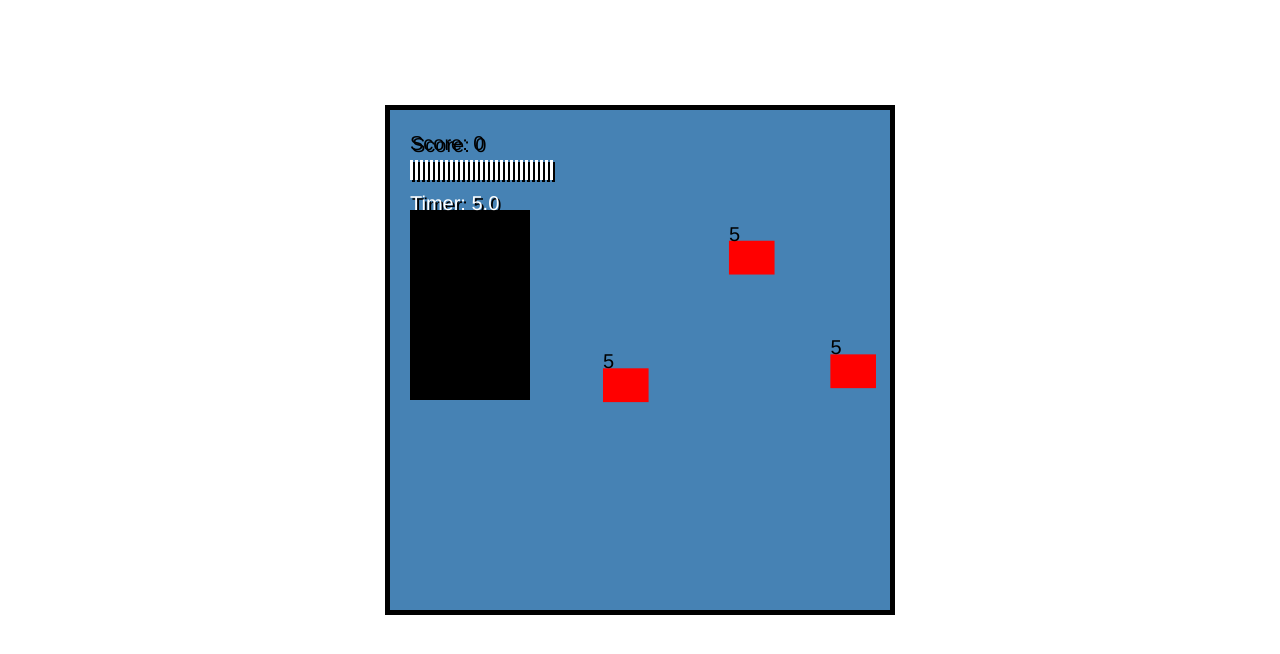
Repository: vasucp1207/seahorse-shooting-game
Page: index.html
An editor plug-in stored every save of this project. The page is shown before and after a run of saves, followed by the edit.
The browser window is 1280 px wide. The pictures show the whole page.

Above is the page before, as saved 2022-08-24 19:25:36.

After the next 2 saves:
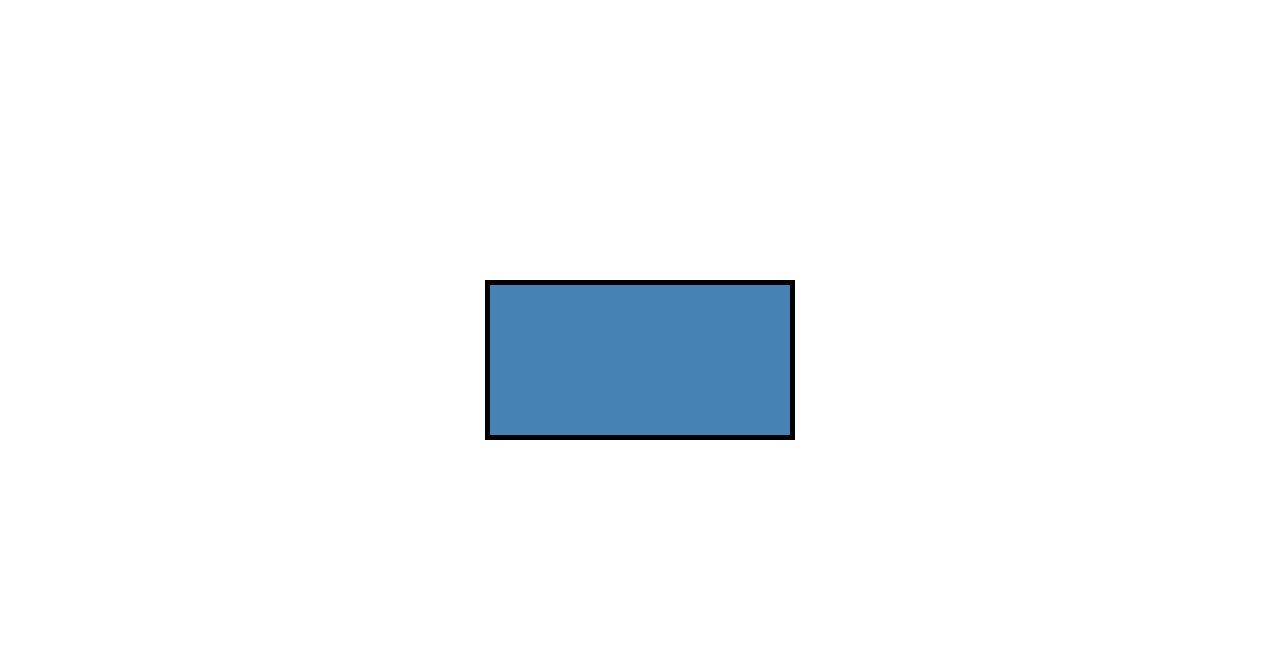
Console error: SyntaxError: Unexpected token ')'
The 2 saves are shown as one change because they came seconds apart.
The last was saved 63 s later.
--- a/script.js
+++ b/script.js
@@ -216,7 +216,7 @@
                         projectile.markedForDeletion = true
                         if(enemy.lives <= 0){
                             enemy.markedForDeletion = true
-                            this.score += enemy.score
+                            if(!)this.score += enemy.score
                             if(this.score > this.winningScore) this.gameOver = true
                         }
                     }

After the 2 saves that followed:
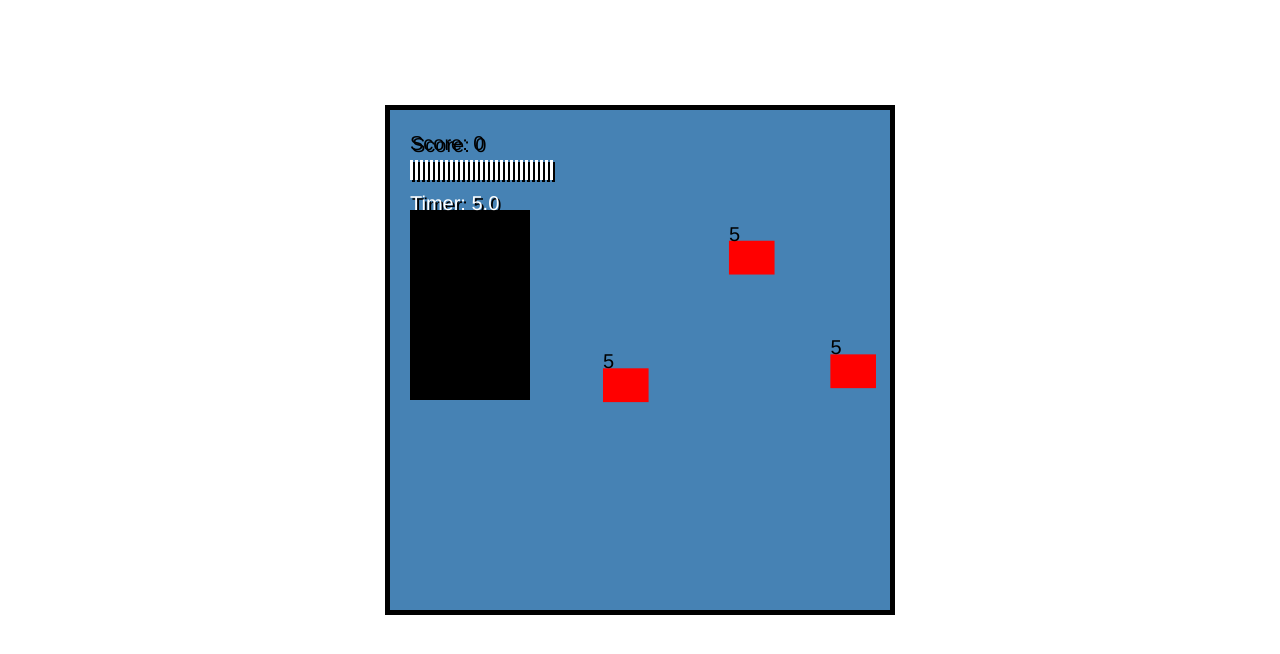
The error is gone.
The 2 saves are shown as one change because they came seconds apart.
The last was saved 5 s later.
--- a/script.js
+++ b/script.js
@@ -216,7 +216,7 @@
                         projectile.markedForDeletion = true
                         if(enemy.lives <= 0){
                             enemy.markedForDeletion = true
-                            if(!)this.score += enemy.score
+                            if(!this.gameOver) this.score += enemy.score
                             if(this.score > this.winningScore) this.gameOver = true
                         }
                     }
